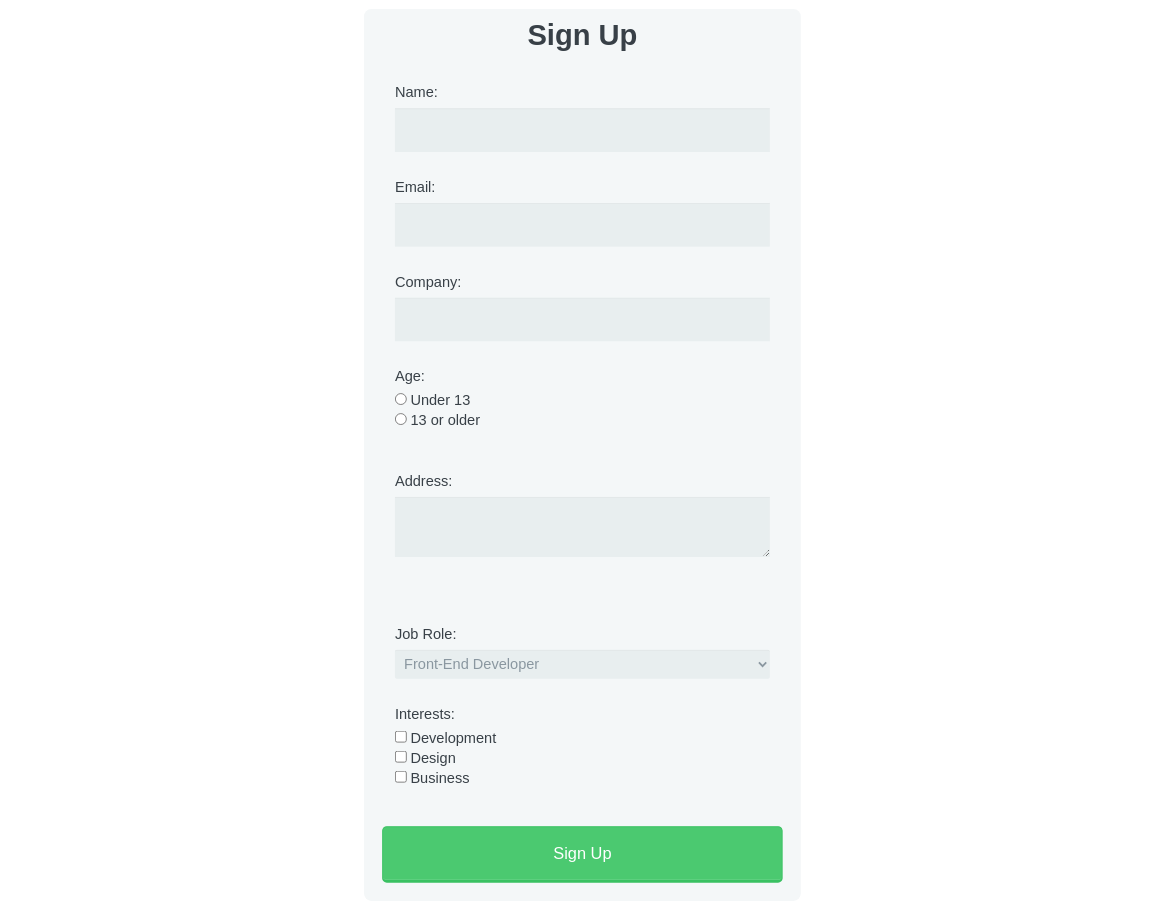
Repository: sunil965/JDBC-Servlet-JSP
Page: http://localhost/JspRegistrationTask/employee.jsp
The author's editor kept a copy of each file at every save. The page is drawn from the files as they stood at one save, then again after the next save.
The browser window is 1280 px wide. The pictures show the whole page, at 91% of full size.
The page is served by Tomcat 9. Other server files are loaded and not shown.

Above is the page before, as saved 2017-05-04 10:45:43.

### JspRegistrationTask/WebContent/employee.jsp
<%@ page language="java" contentType="text/html; charset=UTF-8"
    pageEncoding="UTF-8"%>
<!DOCTYPE html PUBLIC "-//W3C//DTD HTML 4.01 Transitional//EN" "http://www.w3.org/TR/html4/loose.dtd">
<!-- <html>
<head>
<meta http-equiv="Content-Type" content="text/html; charset=UTF-8">
<title>employee registeration</title>

<script type="text/javascript">
function employeeValidate(){
	var name = document.getElementByName("uname").value;
	var addr = document.getElementByName("addr").value;
	var cmp = document.getElementByName("cmp").value;
	var age = document.getElementByName("age").value;
	var gender = document.getElementByName("gender").value;
	var domain = document.getElementByName("domain").value;
	var lang = document.getElementByName("lang").value;
	var x=document.getElementById("mail").value;
	var atposition=x.indexOf("@");
	var dotposition=x.lastIndexOf(".");

	if (atposition<1 || dotposition<atposition+2 || dotposition+2>=x.length){
		  alert("Please enter a valid e-mail address");
		  return false;
		  }
	if(name.length==null||name==" "||name.length<=3)
	{
	alert("Enter name");
	return false;
	}
	if(addr.length==null || addr.length==" "){
		alert("Address can't be empty !!");
		return false;
	}
	if(cmp.length==null || cmp.length==" "){
		alert("Company can't be empty !!");
		return false;
	}
	if(age.length==null || age.length==" "){
		alert("Age can't be empty !!");
		return false;
	}
	if(gender.length==null || gender.length==" "){
		alert("Gender can't be empty !!");
		return false;
	}
	if(domain.length==None || domain.length==" "){
		alert("Choose Any Technology !!");
		return false;
	}
	if(lang.length==None || lang.length==" "){
		alert("Company can't be empty !!");
		return false;
	}
	return true;
}

</script>

</head>
<body>
<div align="right"><a href="employeeDetails">Employee Details</a></div>
<div align="center">
 <h1>EMPLOYEE REGISTRATION</h1>
	<form action="employeeRegister" method="post" onsubmit="return employeeValidate()">
		UID : <input type="text" name="uid"><br><br>
		Name :<input type="text" name="uname" id="name"><br><br>
		Email_ID :<input type="email" name="mail" id="mail"><br><br>
		Address : <textarea rows="2" cols="20" name="address" id="addr"></textarea><br><br>
		Company: <input type="text" name="company" id="cmp"><br><br>
		Age : <input type="text" name="age" id="age"><br><br>
		Gender : <input type="radio" name="gender" value="male" checked id="gender"> Male
  				 <input type="radio" name="gender" value="female" id="gender"> Female<br><br><br>
		Specialized : <select name="specialized" id="domain">
						  <option value="">None</option>
						  <option value="C">C</option>
						  <option value="C++">C++</option>
						  <option value="C#">C#</option>
						  <option value="JAVA">JAVA</option>
						  <option value=".NET">.NET</option>
						  <option value="SQL">SQL</option>
						  <option value="ANDROID">ANDROID</option>
						  <option value="IOS">IOS</option>
						  <option value="PYTHON">PYTHON</option>
						  <option value="RUBY">RUBY</option>
						</select><br><br>
		Language : <select name="language" id="lang">
						  <option value="">None</option>
						  <option value="Hindi">Hindi</option>
						  <option value="English">English</option>
						  <option value="Punjabi">Punjabi</option>
						  <option value="Marathi">Marathi</option>
						  <option value="Tamil">Tamil</option>
						  <option value="Telgu">Telgu</option>
						  <option value="Bangali">Bangali</option>
						  <option value="Odia">Odia</option>
						</select><br><br>
						<input type="submit">
	</form>
  </div>
</body>
</html> -->
<html>
<head>
<title>employee_regis</title>
<style type="text/css">
*, *:before, *:after {
  -moz-box-sizing: border-box;
  -webkit-box-sizing: border-box;
  box-sizing: border-box;
}

body {
  font-family: 'Nunito', sans-serif;
  color: #384047;
}

form {
  max-width: 300px;
  margin: 10px auto;
  padding: 10px 20px;
  background: #f4f7f8;
  border-radius: 8px;
}

h1 {
  margin: 0 0 30px 0;
  text-align: center;
}

input[type="text"],
input[type="password"],
input[type="date"],
input[type="datetime"],
input[type="email"],
input[type="number"],
input[type="search"],
input[type="tel"],
input[type="time"],
input[type="url"],
textarea,
select {
  background: rgba(255,255,255,0.1);
  border: none;
  font-size: 16px;
  height: auto;
  margin: 0;
  outline: 0;
  padding: 15px;
  width: 100%;
  background-color: #e8eeef;
  color: #8a97a0;
  box-shadow: 0 1px 0 rgba(0,0,0,0.03) inset;
  margin-bottom: 30px;
}

input[type="radio"],
input[type="checkbox"] {
  margin: 0 4px 8px 0;
}

select {
  padding: 6px;
  height: 32px;
  border-radius: 2px;
}

button {
  padding: 19px 39px 18px 39px;
  color: #FFF;
  background-color: #4bc970;
  font-size: 18px;
  text-align: center;
  font-style: normal;
  border-radius: 5px;
  width: 100%;
  border: 1px solid #3ac162;
  border-width: 1px 1px 3px;
  box-shadow: 0 -1px 0 rgba(255,255,255,0.1) inset;
  margin-bottom: 10px;
}

fieldset {
  margin-bottom: 30px;
  border: none;
}

legend {
  font-size: 1.4em;
  margin-bottom: 10px;
}

label {
  display: block;
  margin-bottom: 8px;
}

label.light {
  font-weight: 300;
  display: inline;
}

@media screen and (min-width: 480px) {

  form {
    max-width: 480px;
  }

}
</style>
<script type="text/javascript"></script>
</head>
<body>
<form action="index.html" method="post">

        <h1>Sign Up</h1>

        <fieldset>
          <label for="name">Name:</label>
          <input type="text" id="name" name="user_name">

          <label for="mail">Email:</label>
          <input type="email" id="mail" name="user_email">

          <label for="password">Company:</label>
          <input type="text" id="password" name="user_password">

          <label>Age:</label>
          <input type="radio" id="under_13" value="under_13" name="user_age"><label for="under_13" class="light">Under 13</label><br>
          <input type="radio" id="over_13" value="over_13" name="user_age"><label for="over_13" class="light">13 or older</label>
        </fieldset>

        <fieldset>
          <label for="bio">Address:</label>
          <textarea id="bio" name="user_bio"></textarea>
        </fieldset>
        <fieldset>
        <label for="job">Job Role:</label>
        <select id="job" name="user_job">
          <optgroup label="Web">
            <option value="frontend_developer">Front-End Developer</option>
            <option value="php_developor">PHP Developer</option>
            <option value="python_developer">Python Developer</option>
            <option value="rails_developer"> Rails Developer</option>
            <option value="web_designer">Web Designer</option>
            <option value="WordPress_developer">WordPress Developer</option>
          </optgroup>
          <optgroup label="Mobile">
            <option value="Android_developer">Androild Developer</option>
            <option value="iOS_developer">iOS Developer</option>
            <option value="mobile_designer">Mobile Designer</option>
          </optgroup>
          <optgroup label="Business">
            <option value="business_owner">Business Owner</option>
            <option value="freelancer">Freelancer</option>
          </optgroup>
          <optgroup label="Other">
            <option value="secretary">Secretary</option>
            <option value="maintenance">Maintenance</option>
          </optgroup>
        </select>

          <label>Interests:</label>
          <input type="checkbox" id="development" value="interest_development" name="user_interest"><label class="light" for="development">Development</label><br>
            <input type="checkbox" id="design" value="interest_design" name="user_interest"><label class="light" for="design">Design</label><br>
          <input type="checkbox" id="business" value="interest_business" name="user_interest"><label class="light" for="business">Business</label>

        </fieldset>
        <button type="submit">Sign Up</button>
      </form>
</body>
</html>

After the next save:
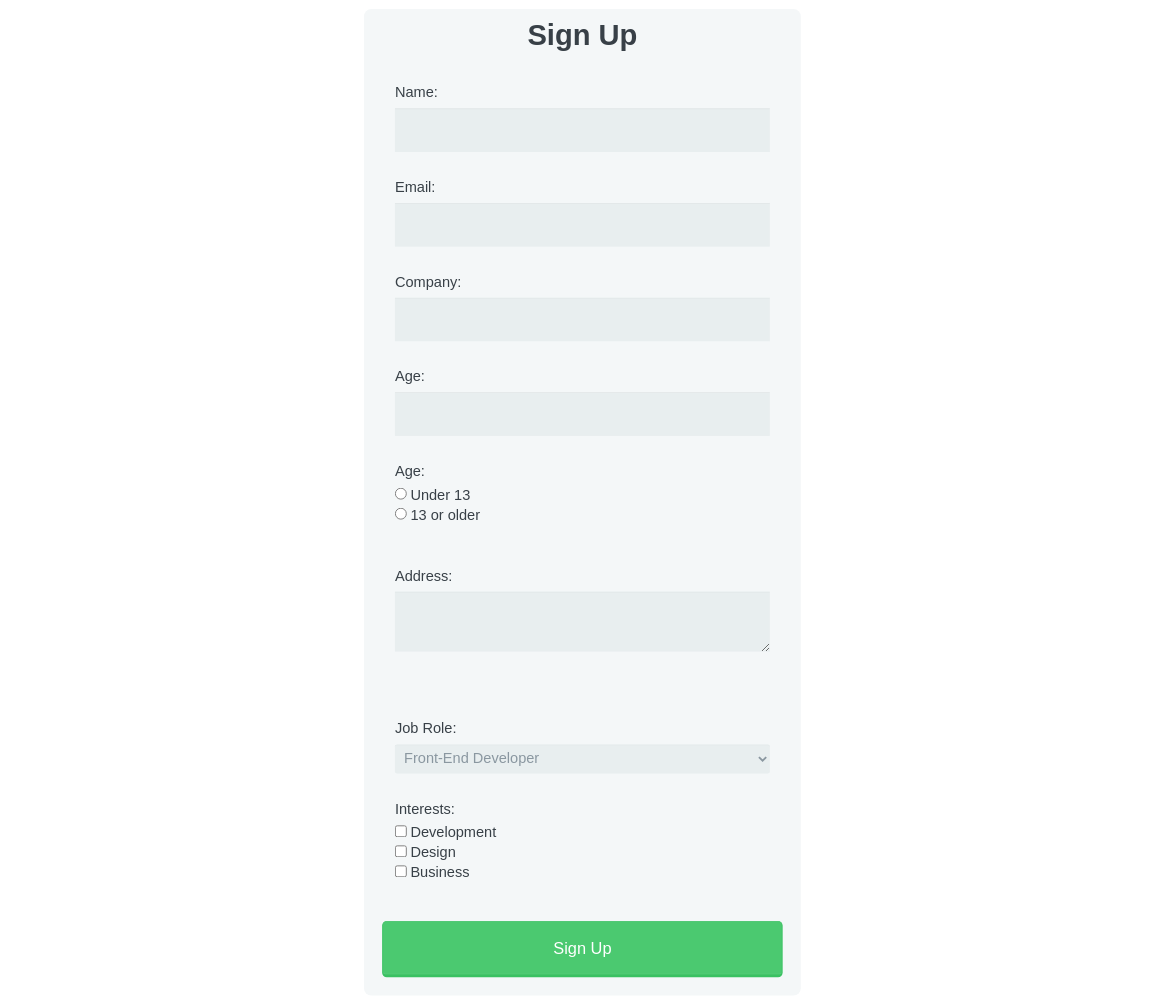
Saved 62 s later.
--- a/JspRegistrationTask/WebContent/employee.jsp
+++ b/JspRegistrationTask/WebContent/employee.jsp
@@ -225,6 +225,9 @@ label.light {
           <label for="password">Company:</label>
           <input type="text" id="password" name="user_password">
 
+          <label >Age:</label>
+          <input type="text" id="password" name="user_password">
+
           <label>Age:</label>
           <input type="radio" id="under_13" value="under_13" name="user_age"><label for="under_13" class="light">Under 13</label><br>
           <input type="radio" id="over_13" value="over_13" name="user_age"><label for="over_13" class="light">13 or older</label>
